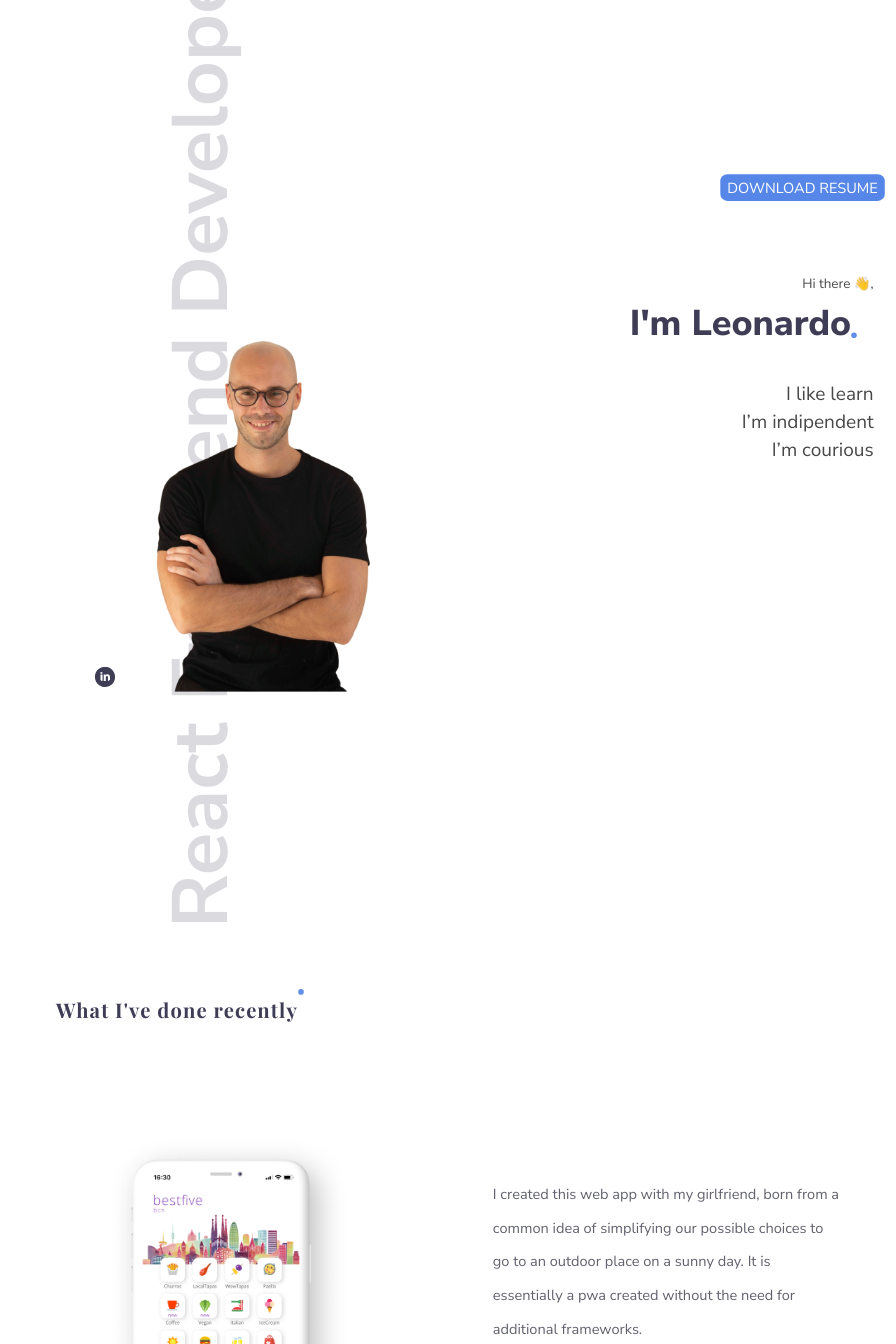
Repository: Easaaa/Portfolio-2020
Page: index.html
The author's editor kept a copy of each file at every save. The page is drawn from the files as they stood at one save, then again after the next save.
The browser window is 1280 px wide. The pictures show the part of the page from y = 0 to 1920 px (the page is 7095 px tall before and 6813 px after), at 70% of full size.
The style sheet was rebuilt from its Sass, Less or Tailwind sources for each picture, by a compiler version that may differ from the author's.

Above is the page before, as saved 2020-02-28 14:06:11.

After the next save:
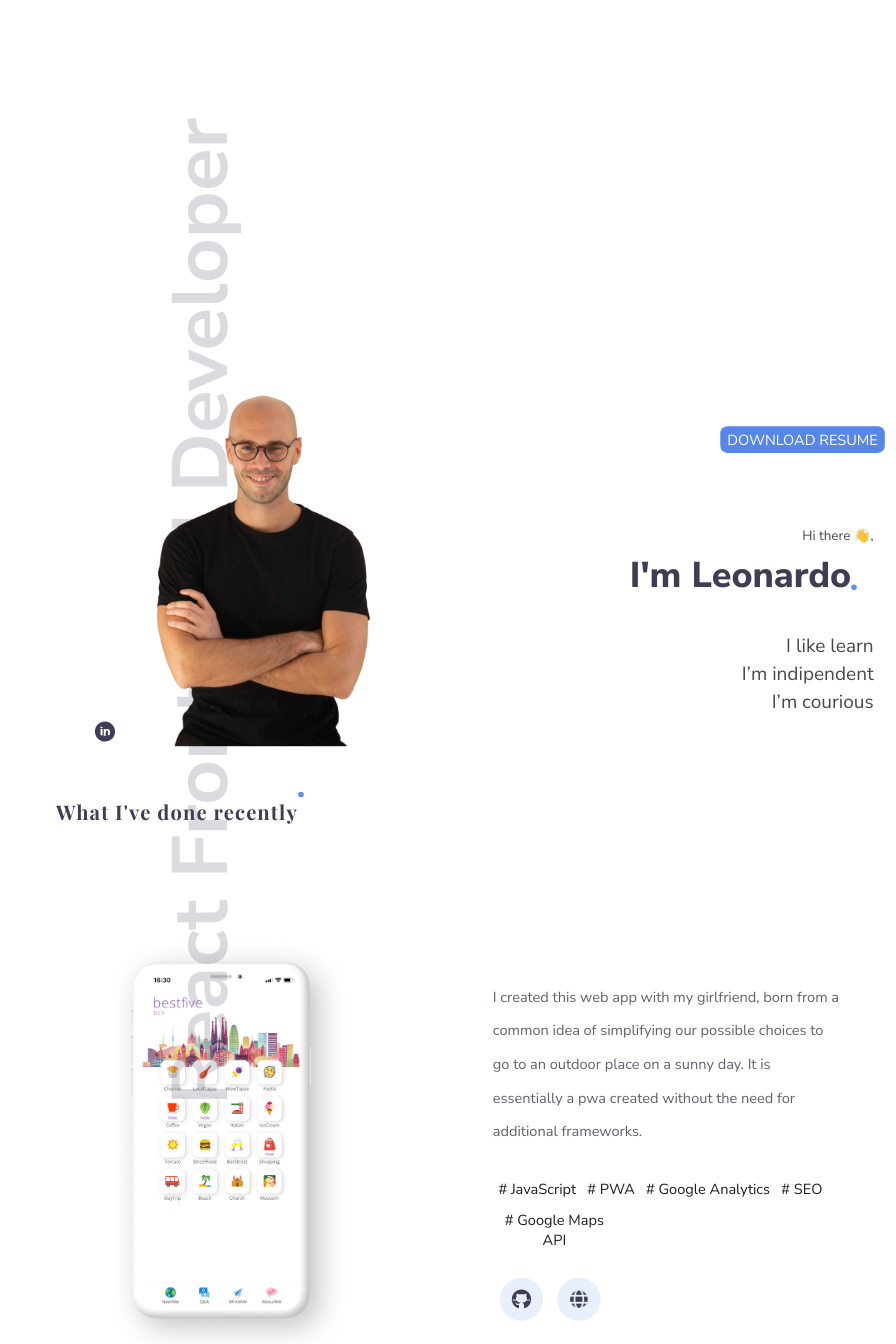
Saved 6 s later.
--- a/stylesheets/scss/main.scss
+++ b/stylesheets/scss/main.scss
@@ -89,6 +89,12 @@
 header {
   width: 100%;
   padding: 1rem 0 4rem 0;
+  padding: 3rem 0;
+  border-radius: 5px;
+  height: 450px;
+  position: relative;
+  top: 50%;
+  margin-top: -225px;
 
   .actions {
     padding: 0 1rem;
@@ -117,8 +123,8 @@
 
   .content-header {
     /* background-color: #d7dce44a; */
- padding: 3rem 0;
- border-radius: 5px;
+    padding: 3rem 0;
+    border-radius: 5px;
 
     .sub-title {
       font-size: 1.2rem;

After the save that followed:
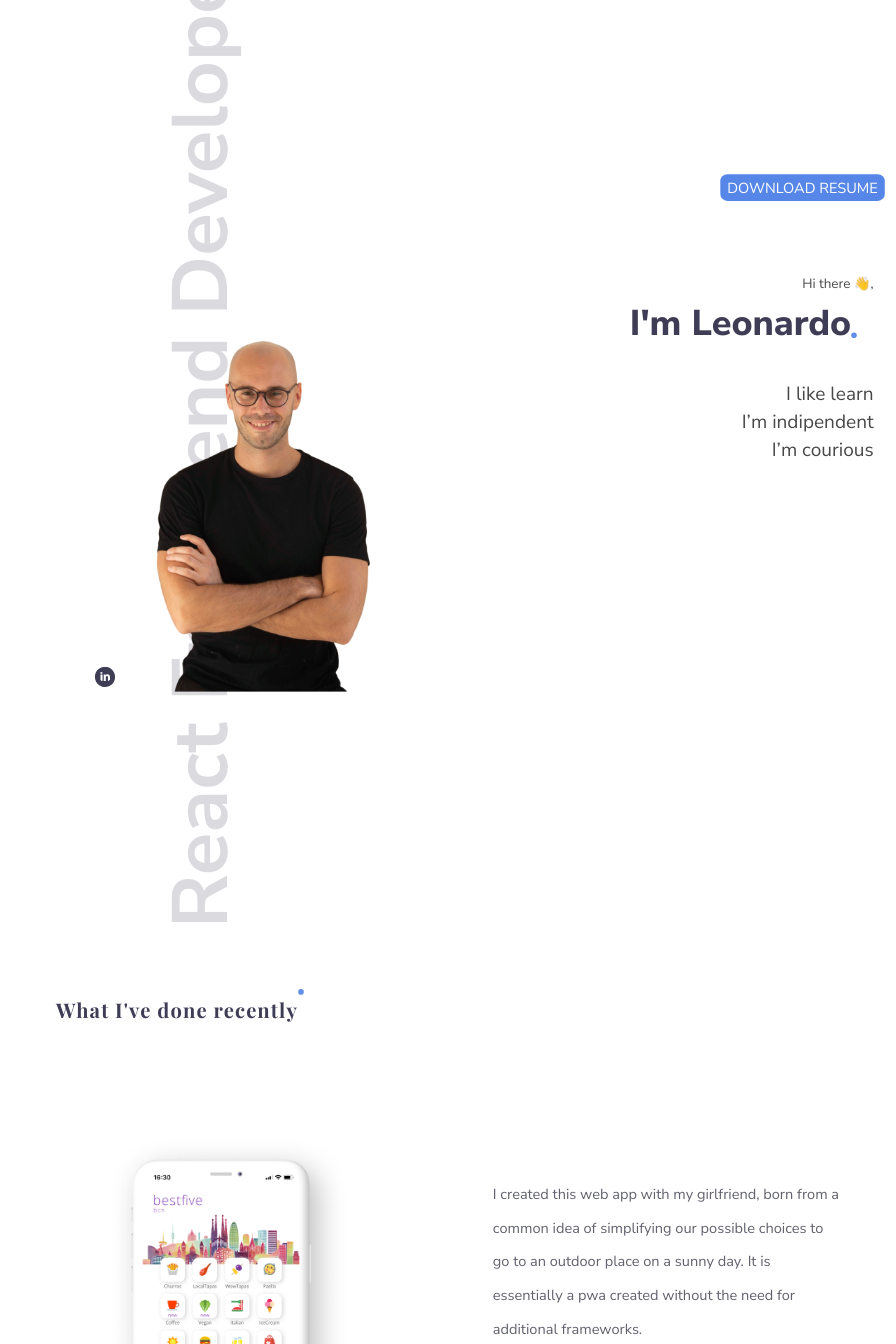
Saved 8 s later.
--- a/stylesheets/scss/main.scss
+++ b/stylesheets/scss/main.scss
@@ -89,12 +89,6 @@
 header {
   width: 100%;
   padding: 1rem 0 4rem 0;
-  padding: 3rem 0;
-  border-radius: 5px;
-  height: 450px;
-  position: relative;
-  top: 50%;
-  margin-top: -225px;
 
   .actions {
     padding: 0 1rem;
